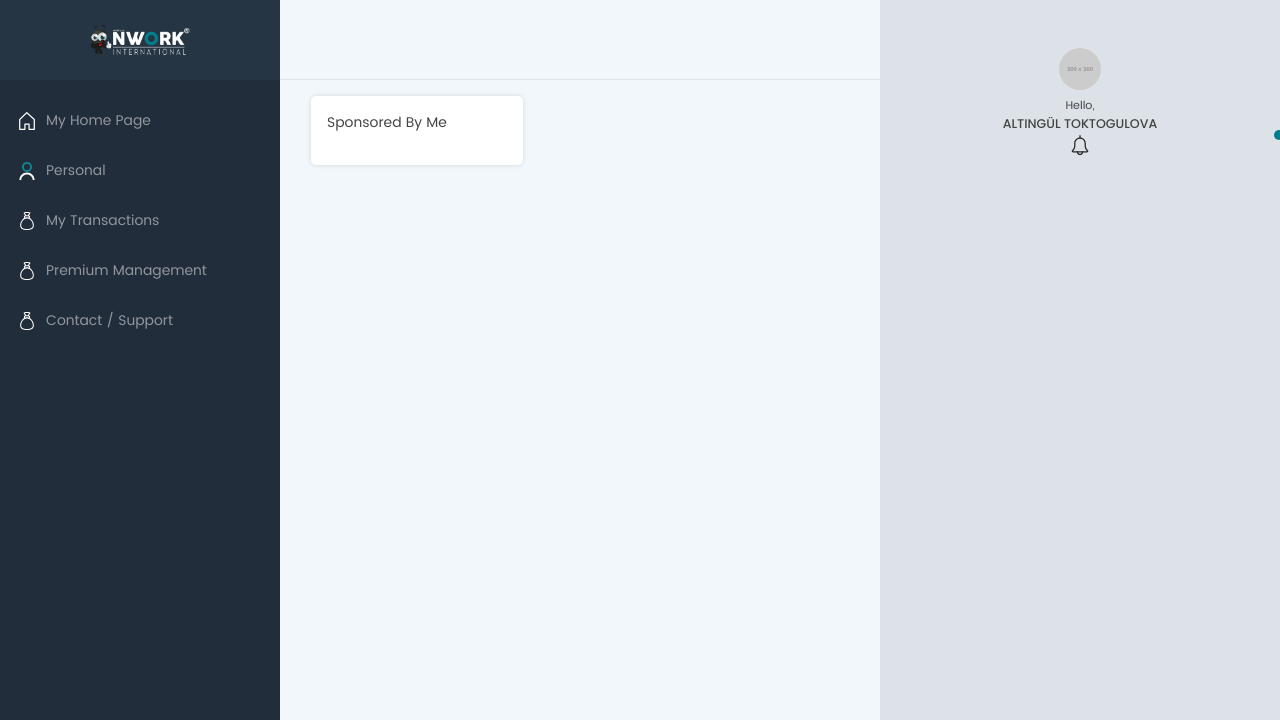
Repository: KayahanKahriman/nwork-admin
Page: index.html
The author's editor kept a copy of each file at every save. The page is drawn from the files as they stood at one save, then again after the next save.
The browser window is 1280 px wide. The pictures show the whole page.
Some web fonts or font styles are not loaded; a fallback is used. The style sheet was rebuilt from its Sass, Less or Tailwind sources for each picture, by a compiler version that may differ from the author's.

Above is the page before, as saved 2021-06-09 16:12:15.

After the next save:
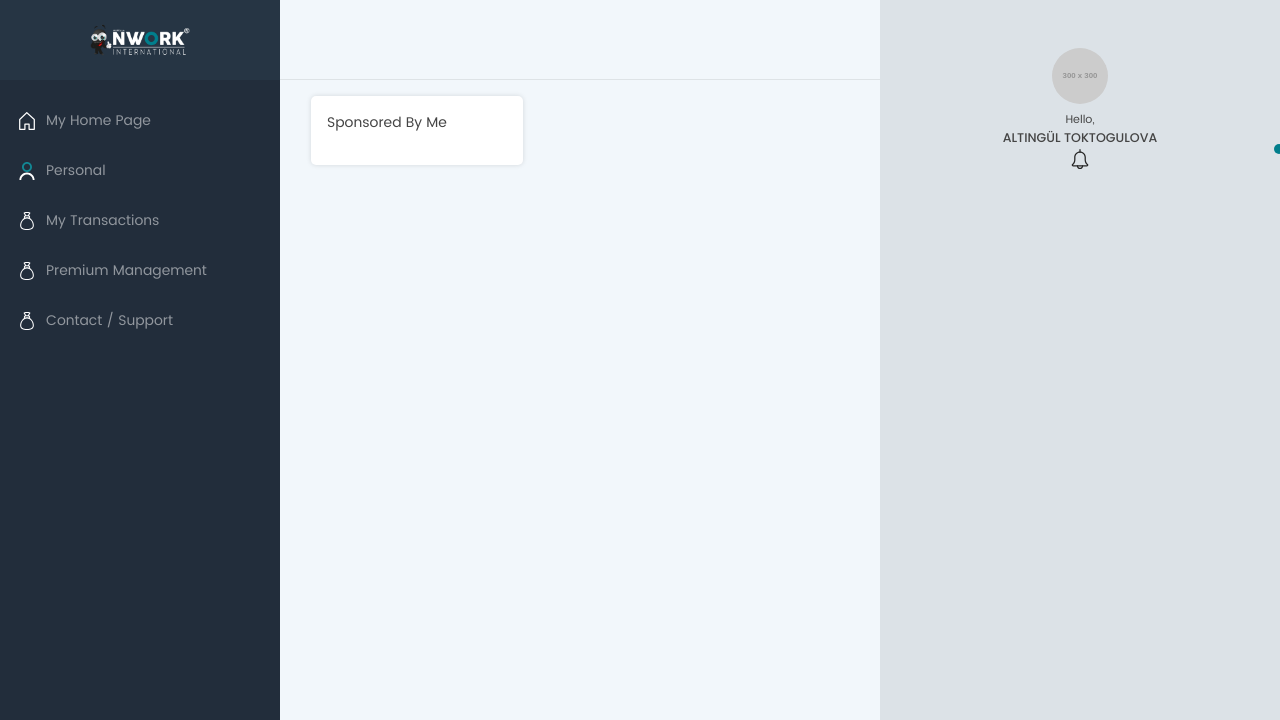
Saved 5 s later.
--- a/assets/scss/_user-aside.scss
+++ b/assets/scss/_user-aside.scss
@@ -10,8 +10,8 @@
 #user-image {
   img {
     border-radius: 50%;
-    width: 3em;
-    height: 3em;
+    width: 4em;
+    height: 4em;
   }
 }
 
